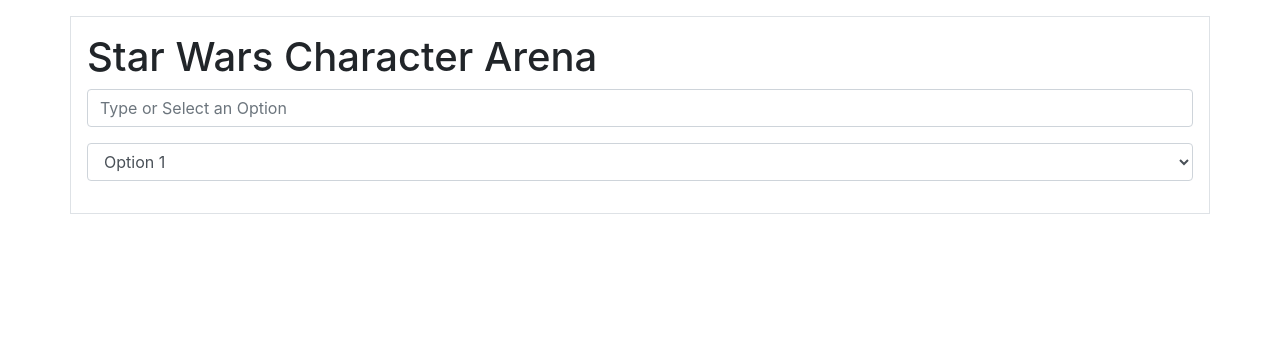
Repository: At-tricks/SW_Character_Arena
Page: client/index.html
The author's editor kept a copy of each file at every save. The page is drawn from the files as they stood at one save, then again after the next save.
The browser window is 1280 px wide. The pictures show the whole page.

Above is the page before, as saved 2023-10-27 01:56:12.

### client/index.html
<!DOCTYPE html>
<html lang="en">
<head>
    <meta charset="UTF-8">
    <meta name="viewport" content="width=device-width, initial-scale=1.0">
    <link rel="stylesheet" href="https://cdn.jsdelivr.net/npm/bootstrap@4.6.2/dist/css/bootstrap.min.css">
    <script src="https://ajax.googleapis.com/ajax/libs/jquery/3.7.1/jquery.min.js"></script>
    <script src="https://cdn.jsdelivr.net/npm/popper.js@1.16.1/dist/umd/popper.min.js"></script>
    <script src="https://cdn.jsdelivr.net/npm/bootstrap@4.6.2/dist/js/bootstrap.bundle.min.js"></script>
    <title>Character Arena</title>
</head>
<body>
    <div class="container-lg p-3 my-3 border">
        <div>
            <h1>Star Wars Character Arena</h1>
        </div>
        <div>
            <div class="form-group">
                <input type="text" class="form-control" id="customCharacter1Input" placeholder="Type or Select an Option">
            </div>
            <div class="form-group">
                <select class="form-control" id="Character1Options">
                    <option value="Option 1">Option 1</option>
                    <option value="Option 2">Option 2</option>
                    <option value="Option 3">Option 3</option>
                </select>
            </div>
        </div>
    </div>
</body>
</html>

After the next save:
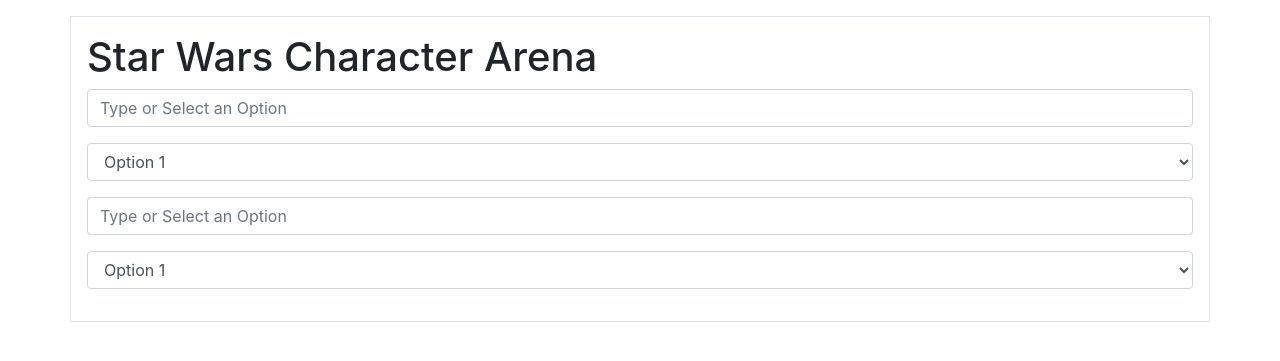
Saved 4 min 4 s later.
--- a/client/index.html
+++ b/client/index.html
@@ -25,6 +25,17 @@
                     <option value="Option 3">Option 3</option>
                 </select>
             </div>
+
+            <div class="form-group">
+                <input type="text" class="form-control" id="customCharacter2Input" placeholder="Type or Select an Option">
+            </div>
+            <div class="form-group">
+                <select class="form-control" id="Character2Options">
+                    <option value="Option 1">Option 1</option>
+                    <option value="Option 2">Option 2</option>
+                    <option value="Option 3">Option 3</option>
+                </select>
+            </div>
         </div>
     </div>
 </body>
